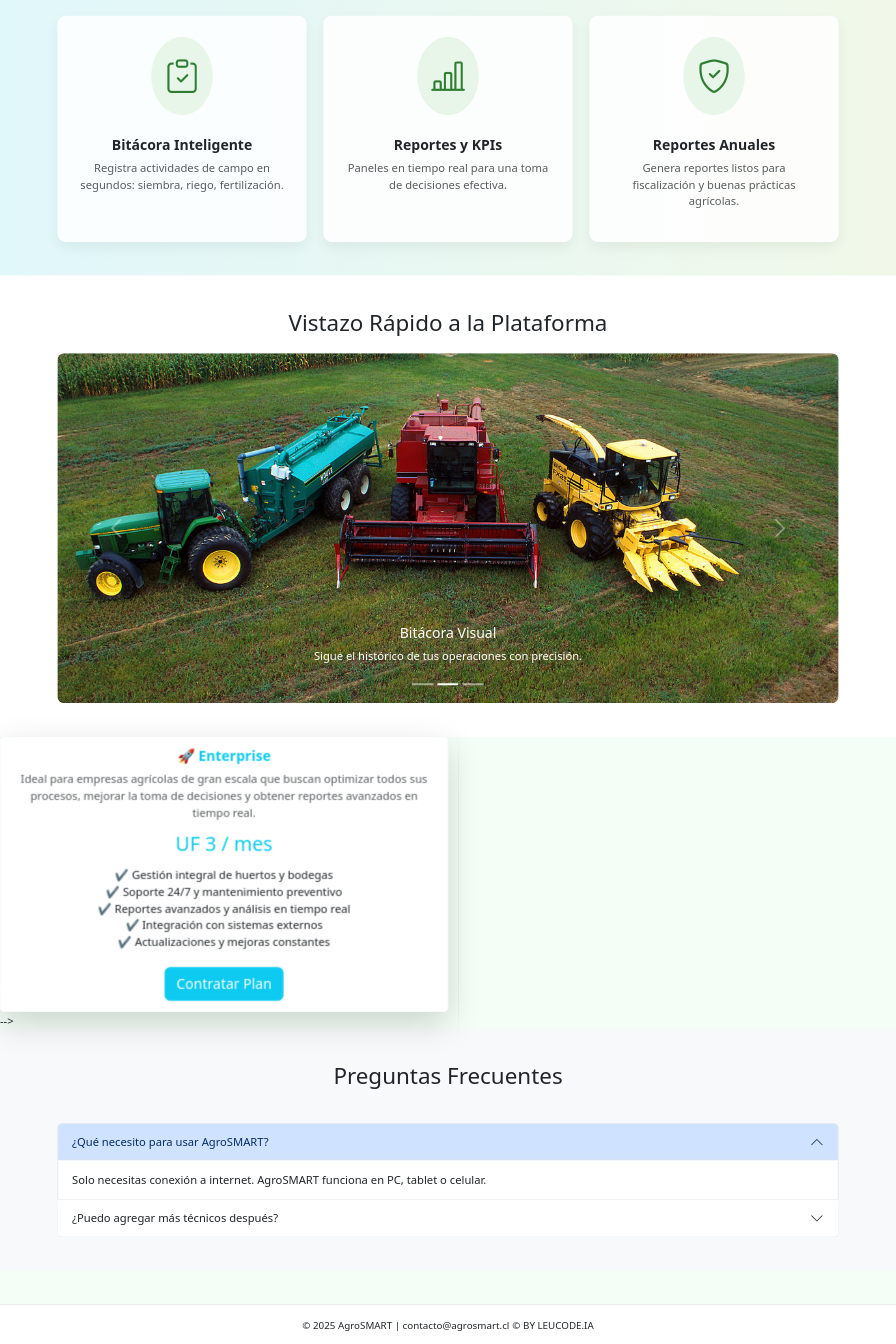
Repository: eikos4/Agrodeskv3
Page: http://localhost/
An editor plug-in stored every save of this project. The page is shown before and after the next save, followed by the edit.
The browser window is 1280 px wide. The pictures show the part of the page from y = 1312 to 3232 px (the page is 3232 px tall before and 2814 px after), at 70% of full size.
Backgrounds fixed to the window are drawn as part of the page. The page is served by the project's application, run on Flask 3 (app/__init__.py).

Above is the page before, as saved 2025-05-18 23:40:57.

After the next save:
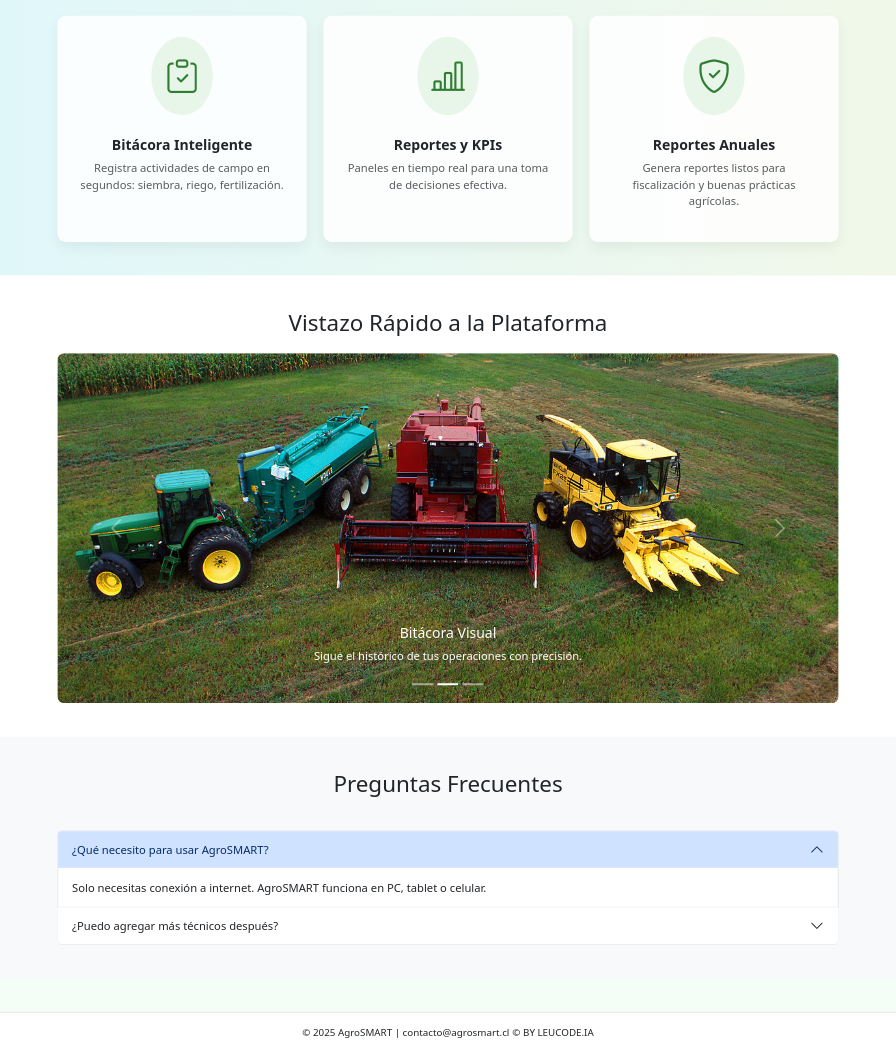
Saved 4 s later.
--- a/app/templates/index.html
+++ b/app/templates/index.html
@@ -237,7 +237,7 @@
                class="img-fluid rounded"
                style="max-height: 500px; object-fit: cover;">
         </div>
-        <!-- Columna Derecha: Tarjeta con detalles del plan -->
+        <!-- Columna Derecha: Tarjeta con detalles del plan
         <div class="col-md-6">
           <div class="card shadow-lg border-0" style="background: rgba(255, 255, 255, 0.85); backdrop-filter: blur(8px);" data-aos="zoom-in-up">
             <div class="card-body text-center">
